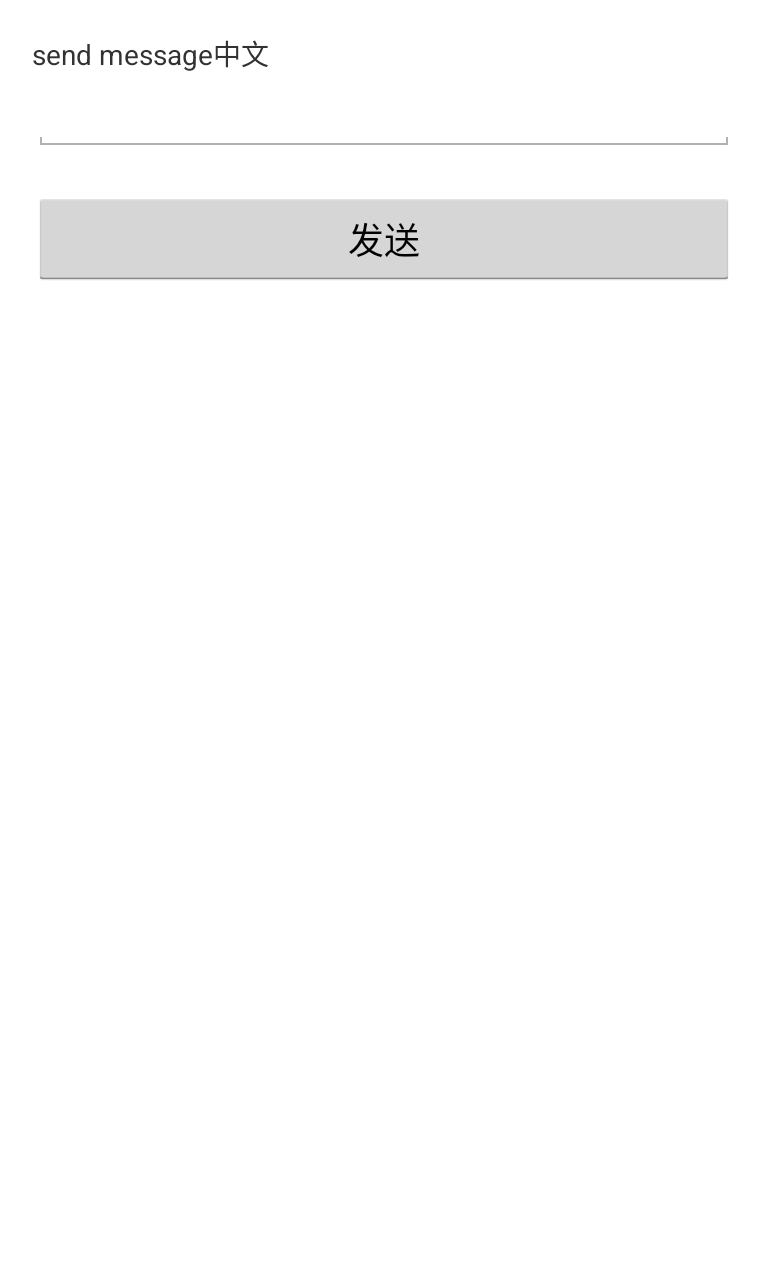
Repository: qwer2714856/Android_learn
Layout: message/res/layout/activity_main.xml
The author's editor kept a copy of each file at every save. The layout is drawn from the files as they stood at one save, then again after the next save.
It is drawn on a 768 x 1280 px phone screen (xhdpi) without system bars, with theme AppTheme; the app's code is not run.

Above is the layout before, as saved 2015-09-24 11:49:07.

### message/res/layout/activity_main.xml
<LinearLayout xmlns:android="http://schemas.android.com/apk/res/android"
    xmlns:tools="http://schemas.android.com/tools"
    android:layout_width="match_parent"
    android:layout_height="match_parent"
    android:paddingBottom="@dimen/activity_vertical_margin"
    android:paddingLeft="@dimen/activity_horizontal_margin"
    android:paddingRight="@dimen/activity_horizontal_margin"
    android:paddingTop="@dimen/activity_vertical_margin"
    tools:context="com.theadventus.message.MainActivity"
    android:orientation="vertical">
    <TextView
        android:layout_width="wrap_content"
        android:layout_height="wrap_content"
        android:text="@string/message" />
    <EditText
        android:layout_width="match_parent"
        android:layout_height="wrap_content"
        android:id="@+id/num"
        />

    <TextView
        android:layout_width="match_parent"
        android:layout_height="wrap_content"
        android:id="@+id/message"
        />

    <Button
        android:layout_width="match_parent"
		android:layout_height="wrap_content"
		android:text="发送"
		android:id="@+id/send"
        />

</LinearLayout>

### message/res/values/strings.xml
<?xml version="1.0" encoding="utf-8"?>
<resources>

    <string name="app_name">message</string>
    <string name="hello_world">Hello world!</string>
    <string name="action_settings">Settings</string>
    <string name="message">send message中文</string>

</resources>

Loaded but not shown: message/res/values/styles.xml (common file); message/res/values-v11/styles.xml (common file); message/res/values-v14/styles.xml (common file); message/res/values/dimens.xml (common file); message/res/values-w820dp/dimens.xml (common file)

After the next save:
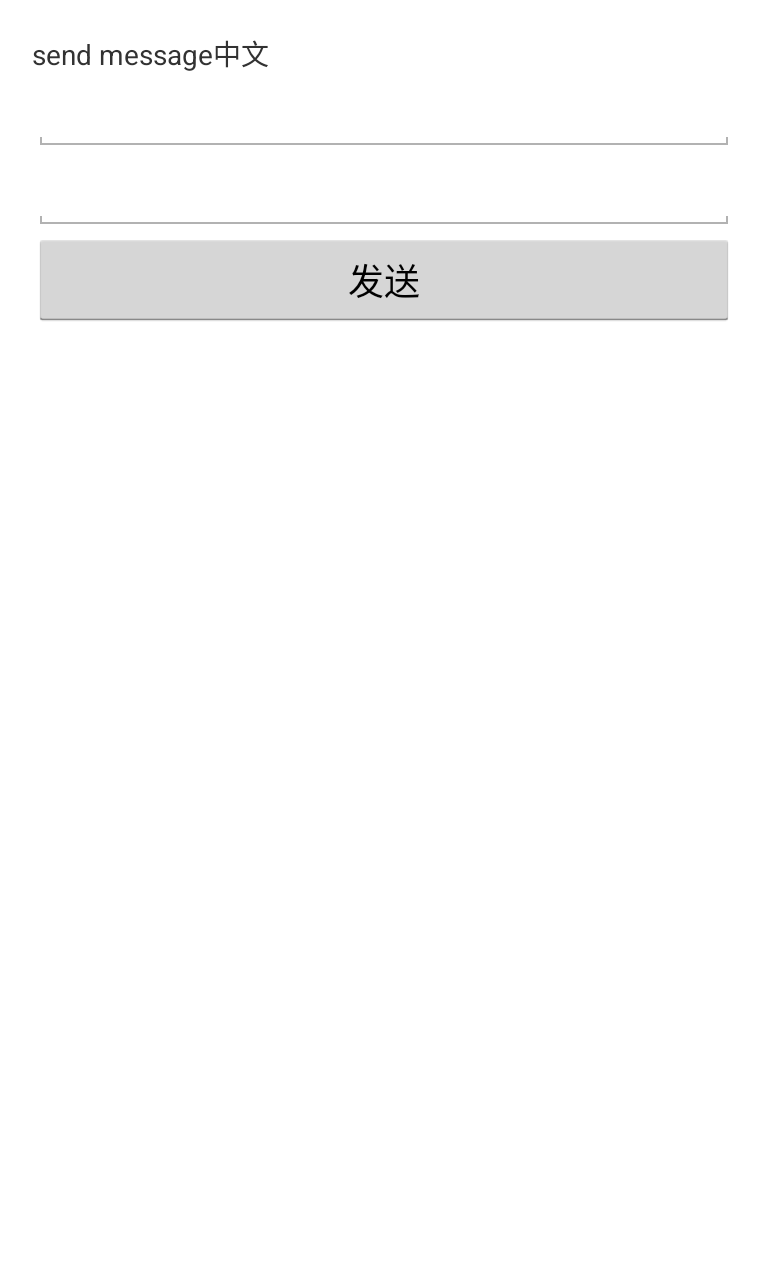
Saved 3 min 45 s later.
--- a/message/res/layout/activity_main.xml
+++ b/message/res/layout/activity_main.xml
@@ -17,12 +17,12 @@
         android:layout_height="wrap_content"
         android:id="@+id/num"
         />
-
-    <TextView
+     <EditText
         android:layout_width="match_parent"
         android:layout_height="wrap_content"
         android:id="@+id/message"
         />
+
 
     <Button
         android:layout_width="match_parent"
